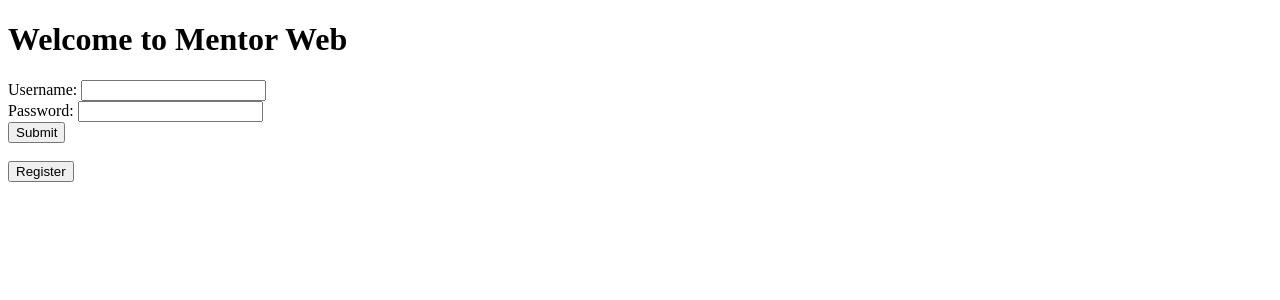
Repository: StudentJoeyJMStudios/SE133MentorWeb
Page: MentorWeb/index.html
These files come from the project's save history. The page is drawn as it stood at one moment and after the next save; the edit follows.
The browser window is 1280 px wide. The pictures show the whole page.

Above is the page before, as saved 2014-04-06 01:11:09.
Console error: ReferenceError: Parse is not defined

### MentorWeb/index.html
<!DOCTYPE html>
<html>
<head>

<script type="text/javascript">
	Parse.initialize("eBuYMHtEfY5emBFuHzQWHDjdxRsxxw3NQIQlrl9g", "cJeb591BLAskGN9bXsgPbY1c7uxdind30MfJUMPU");

	function login()
	{

		var username = document.loginInfo.username.value;
		var password = document.loginInfo.password.value;
		//alert("hello!" + username + "\nPassword: " + password);
		Parse.User.logIn(username, password,
		{
		  	success: function(user)
		  	{
		    	alert("Success");
		  	},
		  	error: function(user, error)
		  	{
		    alert("FAIL");
		  	}
		});

	};
</script>

</script>
</head>

<body>

	<h1>Welcome to Mentor Web</h1>

	<div id = "login" >
		<form name="loginInfo">
			Username: <input type="text" name="username"><br>
			Password: <input type="password" name="password"><br>
			<input type="submit" value="Submit" onclick="login()">
		</form>
	</div>

	<br />
	<button type="button" onclick="">Register</button>

</body>
</html>

After the next save:
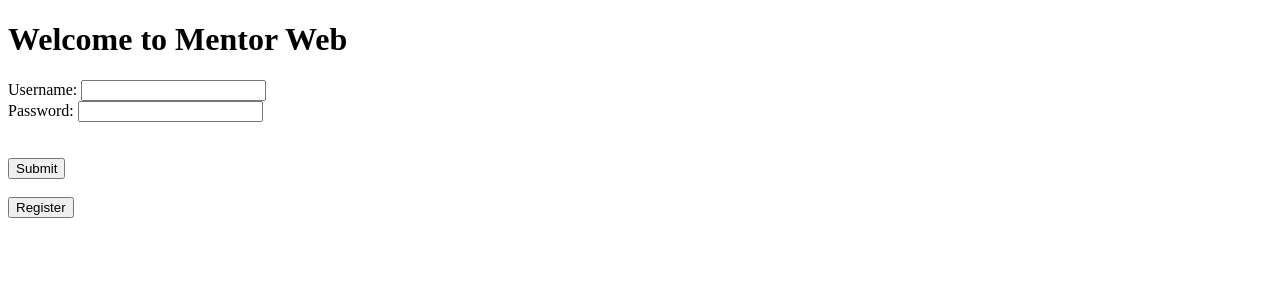
Saved 21 s later.
--- a/MentorWeb/index.html
+++ b/MentorWeb/index.html
@@ -36,7 +36,7 @@
 	<div id = "login" >
 		<form name="loginInfo">
 			Username: <input type="text" name="username"><br>
-			Password: <input type="password" name="password"><br>
+			Password: <input type="password" name="password"><br><br><br>
 			<input type="submit" value="Submit" onclick="login()">
 		</form>
 	</div>
